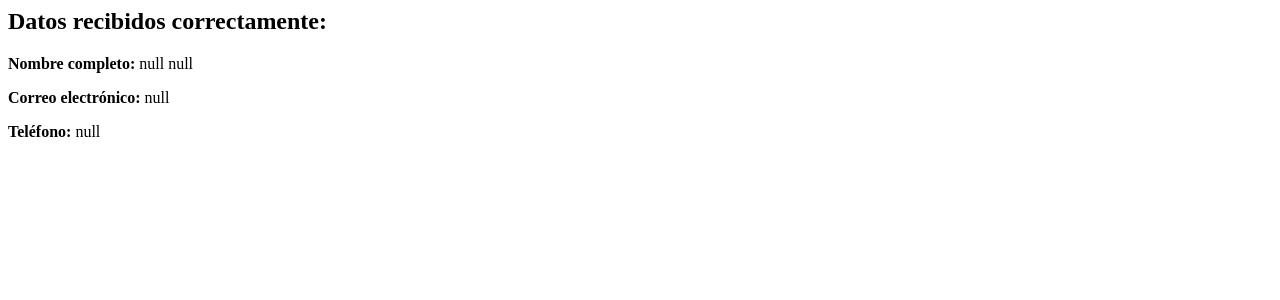
Repository: Daniel-gc271/Acceso-a-datos
Page: http://localhost/webapp-example/Ej5Post_ejemplo
An editor plug-in stored every save of this project. The page is shown before and after the next save, followed by the edit.
The browser window is 1280 px wide. The pictures show the whole page.
The page is served by Tomcat 10.

Above is the page before, as saved 2026-10-05 10:20:51.

After the next save:
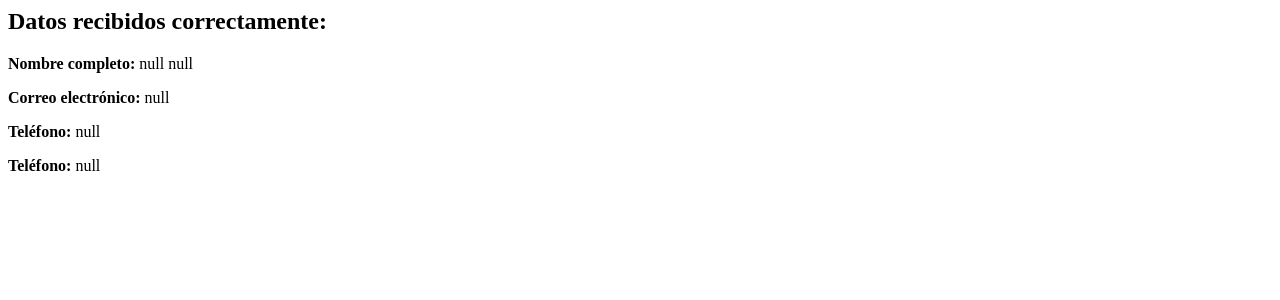
Saved 13 s later.
--- a/webapp-example/src/main/java/Ej5Post_ejemplo.java
+++ b/webapp-example/src/main/java/Ej5Post_ejemplo.java
@@ -44,6 +44,7 @@ public class Ej5Post_ejemplo extends HttpServlet {
 			responseWriter.append("<p><strong>Nombre completo:</strong> " + nombre + " " + apellido1 + "</p>");
 			responseWriter.append("<p><strong>Correo electrónico:</strong> " + email + "</p>");
 			responseWriter.append("<p><strong>Teléfono:</strong> " + telefono + "</p>");
+			responseWriter.append("<p><strong>Teléfono:</strong> " + saludo + "</p>");
 		}
 	}
 	/**
